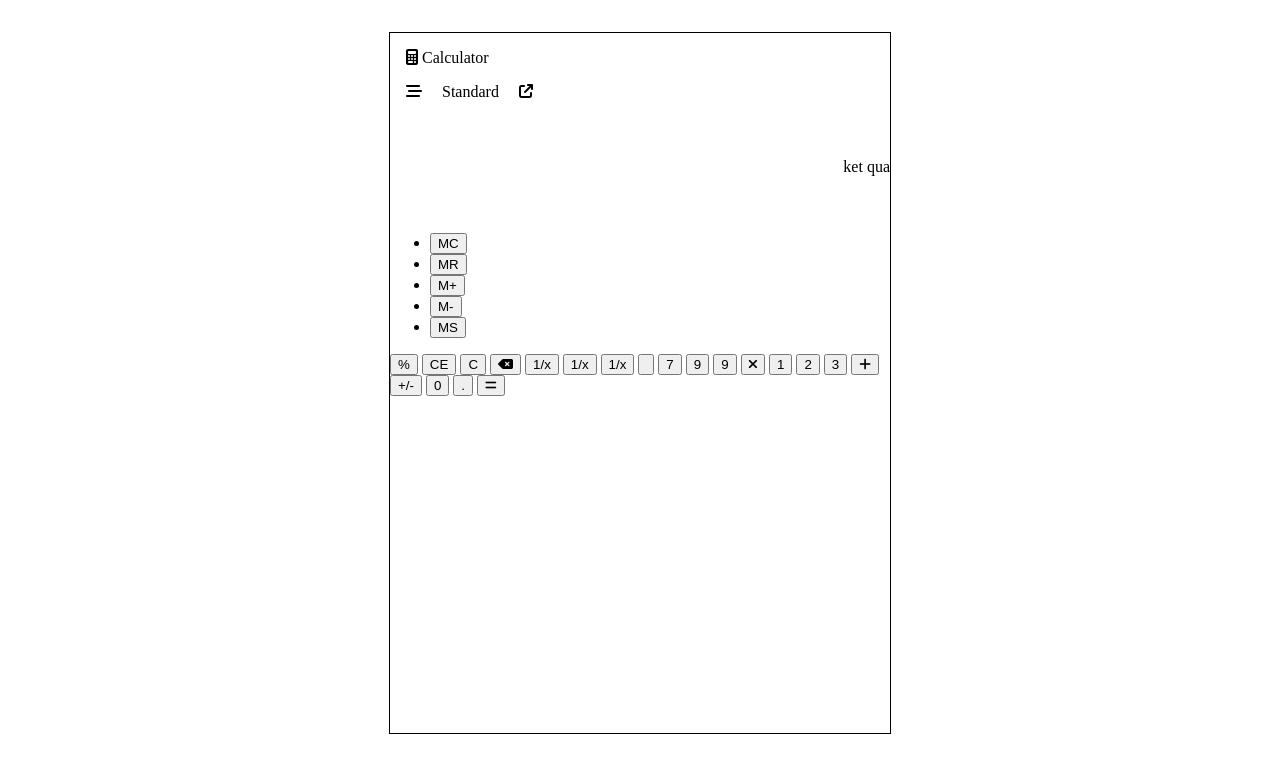
Repository: tungts3qb/Javascript
Page: Calculator/Calculator.html
The author's editor kept a copy of each file at every save. The page is drawn from the files as they stood at one save, then again after the next save.
The browser window is 1280 px wide. The pictures show the whole page.

Above is the page before, as saved 2022-12-26 15:42:08.

### Calculator/Calculator.html
<!DOCTYPE html>
<html lang="en">
  <head>
    <meta charset="UTF-8" />
    <meta http-equiv="X-UA-Compatible" content="IE=edge" />
    <meta name="viewport" content="width=device-width, initial-scale=1.0" />
    <link rel="stylesheet" href="./style.css" />
    <link
      rel="stylesheet"
      href="https://cdnjs.cloudflare.com/ajax/libs/font-awesome/6.2.1/css/all.min.css"
      integrity="sha512-MV7K8+y+gLIBoVD59lQIYicR65iaqukzvf/nwasF0nqhPay5w/9lJmVM2hMDcnK1OnMGCdVK+iQrJ7lzPJQd1w=="
      crossorigin="anonymous"
      referrerpolicy="no-referrer"
    />
    <title>Calculator</title>
  </head>
  <body>
    <div class="calculator">
      <div class="calculator-header">
        <i class="fa-solid fa-calculator"></i>
        <span>Calculator</span>
      </div>
      <div class="calculator-nav">
        <i class="fa-solid fa-bars-staggered"></i>
        <span>Standard</span>
        <i class="fa-solid fa-arrow-up-right-from-square"></i>
      </div>
      <div class="caculator-result"><span>ket qua</span></div>
      <div class="calculator-special-function">
        <ul>
          <li><button>MC</button></li>
          <li><button>MR</button></li>
          <li><button>M+</button></li>
          <li><button>M-</button></li>
          <li><button>MS</button></li>
        </ul>
      </div>
      <div class="calculator-buttons">
        <button class="calculator-button">%</button>
        <button class="calculator-button">CE</button>
        <button class="calculator-button">C</button>
        <button class="calculator-button">
          <i class="fa-solid fa-delete-left"></i>
        </button>
        <button class="calculator-button">1/x</button>
        <button class="calculator-button">1/x</button>
        <button class="calculator-button">1/x</button>
        <button class="calculator-button">
          <i class="fas fa-buttonide"></i>
        </button>
        <button class="calculator-button">7</button>
        <button class="calculator-button">9</button>
        <button class="calculator-button">9</button>
        <button class="calculator-button"><i class="fas fa-times"></i></button>
        <button class="calculator-button">1</button>
        <button class="calculator-button">2</button>
        <button class="calculator-button">3</button>
        <button class="calculator-button"><i class="fas fa-plus"></i></button>
        <button class="calculator-button">+/-</button>
        <button class="calculator-button">0</button>
        <button class="calculator-button">.</button>
        <button class="calculator-button"><i class="fas fa-equals"></i></button>
      </div>
    </div>
    <script src="./script.js"></script>
  </body>
</html>

### Calculator/style.css
.calculator {
  width: 500px;
  height: 700px;
  border: 1px solid black;
  margin: 2rem auto;
}

.calculator-header {
  margin-top: 1rem;
  padding-left: 1rem;
}

.calculator-nav {
  padding-left: 1rem;
  margin-top: 1rem;
}

.calculator-nav span {
  margin-left: 1rem;
  margin-right: 1rem;
}

.caculator-result {
  /* border: 1px solid black; */
  margin-top: 1rem;
  height: 100px;
  display: flex;
  justify-content: flex-end;
  align-items: center;
}

.caculator-result span {
  display: block;
}

.calculator-special-function {
  list-style: none;
  display: flex;
  margin-top: 0;
  justify-content: space-between;
  align-items: center;
}

Loaded but not shown: Calculator/script.js (no stored copy; drawn as an empty file)

After the next save:
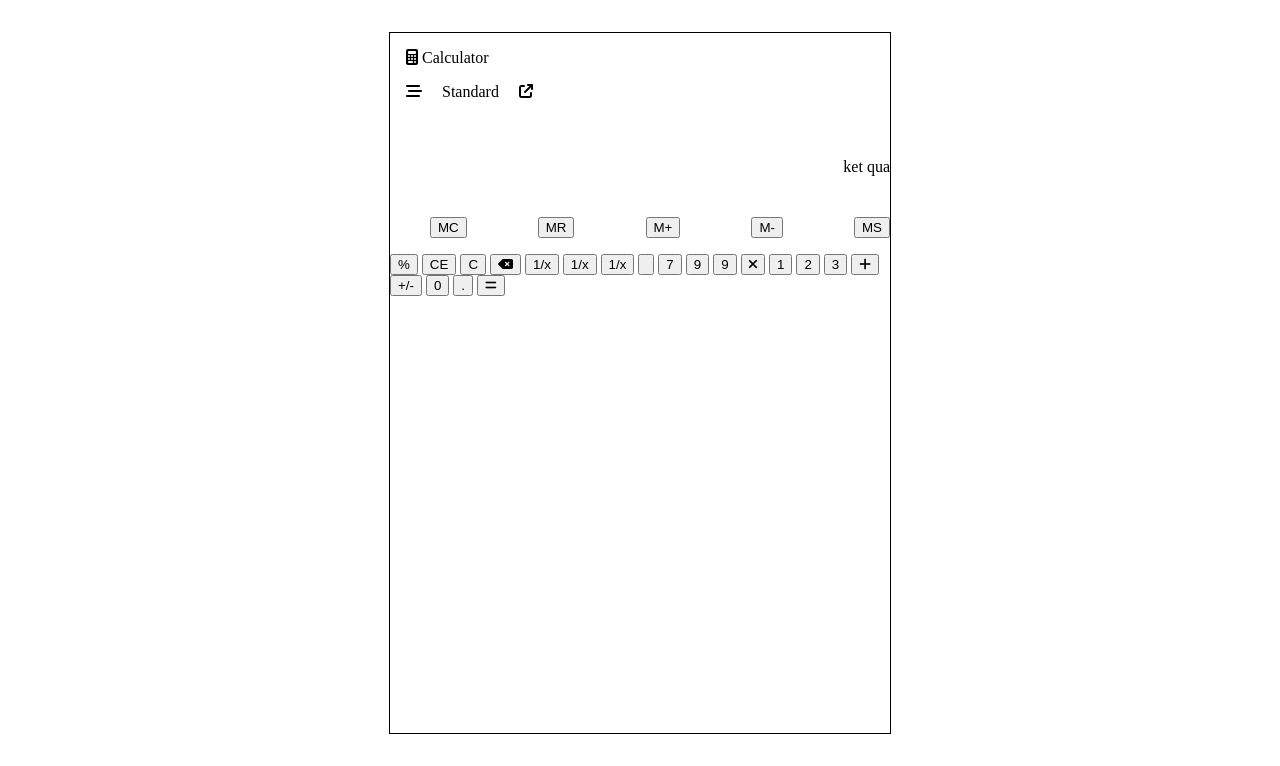
Saved 10 s later.
--- a/Calculator/style.css
+++ b/Calculator/style.css
@@ -33,7 +33,7 @@
   display: block;
 }
 
-.calculator-special-function {
+.calculator-special-function ul {
   list-style: none;
   display: flex;
   margin-top: 0;
